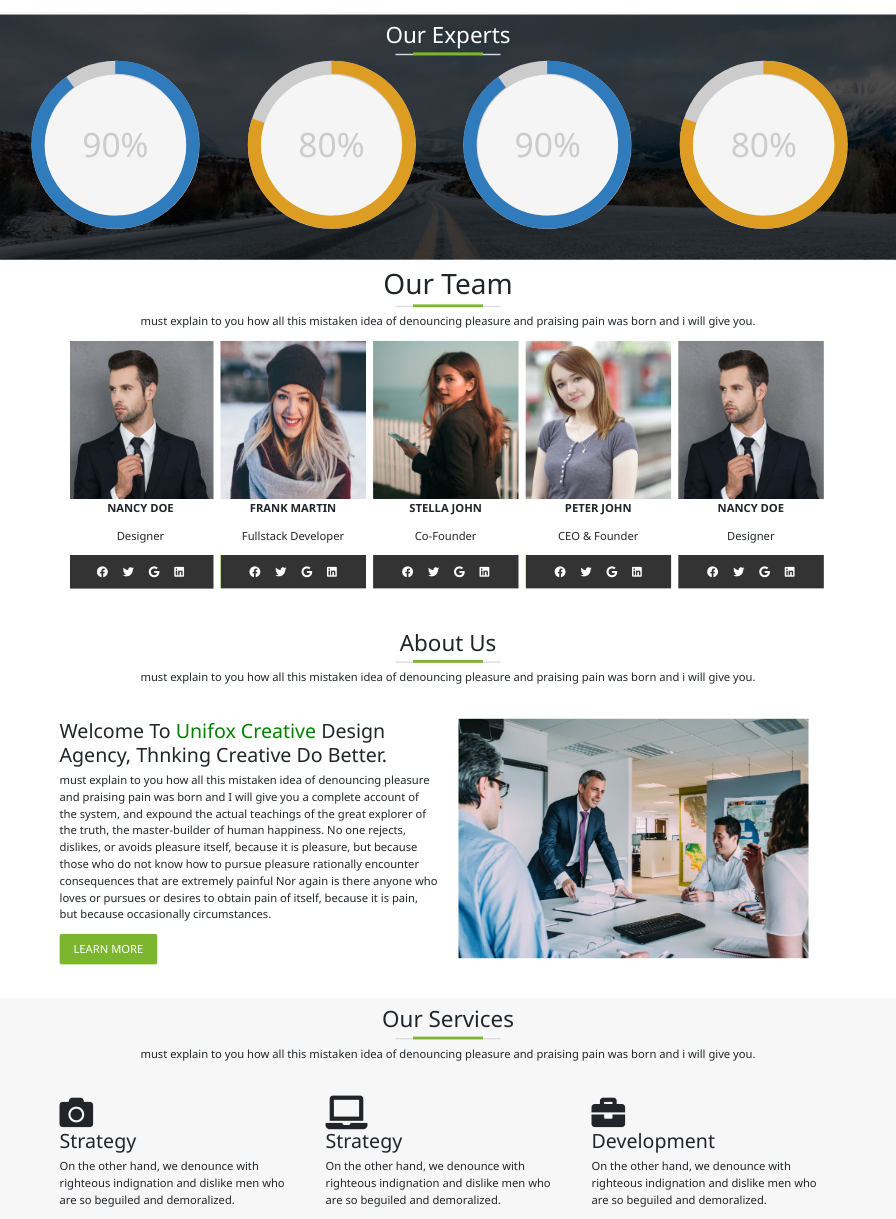
Repository: ibrkhalil/Uniforce-First-Attempt
Page: index.html
The author's editor kept a copy of each file at every save. The page is drawn from the files as they stood at one save, then again after a run of saves.
The browser window is 1280 px wide. The pictures show the part of the page from y = 1047 to 2967 px (the page is 2789 px tall before and 2967 px after), at 70% of full size.
Backgrounds fixed to the window are drawn as part of the page.

Above is the page before, as saved 2021-01-24 02:44:06.

### index.html
<!DOCTYPE html>
<html lang="en">
  <head>
    <meta charset="UTF-8" />
    <link rel="stylesheet" href="./bootstrap.min.css" />
    <link rel="stylesheet" href="owl.carousel.css" />
    <link rel="preconnect" href="https://fonts.gstatic.com" />
    <link rel="stylesheet" href="./jquery-ui.css" />
    <link
      rel="stylesheet"
      href="https://use.fontawesome.com/releases/v5.15.2/css/all.css"
      integrity="sha384-vSIIfh2YWi9wW0r9iZe7RJPrKwp6bG+s9QZMoITbCckVJqGCCRhc+ccxNcdpHuYu"
      crossorigin="anonymous"
    />
    <link rel="stylesheet" href="./circle.css" />
    <link
      href="https://fonts.googleapis.com/css2?family=Open+Sans&display=swap"
      rel="stylesheet"
    />
    <link rel="stylesheet" href="style.css" />
    <meta name="viewport" content="width=device-width, initial-scale=1.0" />
    <title>Unifox</title>
  </head>

  <body>
    <div class="main-nav">
      <nav
        class="navbar navbar-expand-lg justify-content-around sticky-top navbar-fixed-top"
      >
        <!-- <div class="container"> -->
        <a class="navbar-brand" href="#"><h3 class="unifox">UNIFOX</h3></a>
        <button
          class="navbar-toggler"
          type="button"
          data-toggle="collapse"
          data-target="#navbarSupportedContent"
          aria-controls="navbarSupportedContent"
          aria-expanded="false"
          aria-label="Toggle navigation"
        >
          <span class="fa fa-bars fa-3x"></span>
        </button>
        <div class="">
          <div class="nav-items">
            <div class="collapse navbar-collapse" id="navbarSupportedContent">
              <ul class="navbar-nav mr-auto">
                <li class="item">
                  <a class="nav-link active" href="#">HOME</a>
                </li>
                <li class="nav-item"><a class="nav-link" href="#">ABOUT</a></li>
                <li class="nav-item">
                  <a class="nav-link" href="#">SERVICES</a>
                </li>
                <li class="nav-item">
                  <a class="nav-link" href="#">POROFOLIO</a>
                </li>
                <li class="nav-link"><a href="#">PRICES</a></li>
                <li class="nav-link"><a href="#">TEAM</a></li>
                <li class="nav-link"><a href="#">TESTIMONIALS</a></li>
                <li class="nav-link"><a href="#">BLOG</a></li>
                <li class="nav-link"><a href="#">CONTACT</a></li>
              </ul>
            </div>
          </div>
        </div>

        <!-- </div> -->
      </nav>

      <!-- nav end -->

      <div class="jumbotron">
        <h1 class="display-4 jumbo-main-text">
          <strong>Unifox Creative & Unique.</strong>
        </h1>
        <p class="lead jumbo-subtext">
          Unifox Denounce With Righteous Indignation And Dislike Men Who Are So
          Beguiled And Demoralized By The Charms Of Pleasure Of The Moment.
        </p>

        <div class="jumbo-btns">
          <p class="lead">
            <a class="btn jumbo-btn btn-primary btn-lg" href="#" role="button"
              >Download Now</a
            >
          </p>
          <p class="lead">
            <a class="btn jumbo-btn btn-primary btn-lg" href="#" role="button"
              >Discover More</a
            >
          </p>
        </div>
      </div>
      <!-- jumbotron end -->
      <!-- heading end -->
    </div>
    <div class="counting-number parallax">
      <div class="container-fluid">
        <div class="row">
          <div class="col-md-3">
            <i class="fa counting-icon fa-cloud fa-5x"></i>
            <h1 class="counter" data-count="500">0</h1>
            <h4>Project Complete</h4>
          </div>
          <div class="col-md-3">
            <i class="fa counting-icon fa-user fa-5x"></i>
            <h1 class="counter" data-count="1500">0</h1>
            <h4>Satisfied Customer</h4>
          </div>
          <div class="col-md-3">
            <i class="fa counting-icon fa-folder-open fa-5x"></i>
            <h1 class="counter" data-count="1500">0</h1>
            <h4>Working Hours</h4>
          </div>
          <div class="col-md-3">
            <i class="fa counting-icon fa-plug fa-5x"></i>
            <h1 class="counter" data-count="3200">0</h1>
            <h4>Lines of Code</h4>
          </div>
        </div>
      </div>
    </div>

    <br />
    <br />

    <!-- Counting number div -->
    <div class="our-experts-main">
      <h2 class="our-experts-word line">Our Experts</h2>

      <div class="our-experts">
        <div class="clearfix circular-icons">
          <div class="c100 p90 big blue">
            <span>90%</span>
            <div class="slice">
              <div class="bar"></div>
              <div class="fill"></div>
            </div>
          </div>
          <div class="c100 p80 big orange">
            <span>80%</span>
            <div class="slice">
              <div class="bar"></div>
              <div class="fill"></div>
            </div>
          </div>
          <div class="c100 p90 big blue">
            <span>90%</span>
            <div class="slice">
              <div class="bar"></div>
              <div class="fill"></div>
            </div>
          </div>

          <div class="c100 p80 big orange">
            <span>80%</span>
            <div class="slice">
              <div class="bar"></div>
              <div class="fill"></div>
            </div>
          </div>
        </div>
        <!-- /green -->

        <!-- orange -->
        <div class="clearfix"></div>
      </div>
    </div>

    <!-- experts end -->

    <div class="our-team">
      <div class="container">
        <div class="our-team-text">
          <h1 class="line">Our Team</h1>

          <p>
            must explain to you how all this mistaken idea of denouncing
            pleasure and praising pain was born and i will give you.
          </p>
        </div>
        <div class="top-content">
          <div class="container-fluid">
            <div class="owl-carousel owl-theme">
              <div class="item">
                <img
                  src="./images/1 (1).jpg"
                  class="img-fluid mx-auto d-block"
                  alt="img1"
                />
                <strong class="team-member-name">
                  <p>STELLA JOHN</p>
                </strong>
                <p>Co-Founder</p>
                <div class="social-media-icons" data-content="Link Hover">
                  <div
                    class="container d-flex justify-content-around align-items-center"
                  >
                    <i class="fab fa-facebook"></i>
                    <i class="fab fa-twitter"></i>
                    <i class="fab fa-google"></i>
                    <i class="fab fa-linkedin"></i>
                  </div>
                </div>
              </div>

              <div class="item">
                <img
                  src="./images/2 (1).jpg"
                  class="img-fluid mx-auto d-block"
                  alt="img2"
                />
                <strong class="team-member-name">
                  <p>PETER JOHN</p>
                </strong>
                <p>CEO & Founder</p>
                <div class="social-media-icons">
                  <div
                    class="container d-flex justify-content-around align-items-center"
                  >
                    <i class="fab fa-facebook"></i>
                    <i class="fab fa-twitter"></i>
                    <i class="fab fa-google"></i>
                    <i class="fab fa-linkedin"></i>
                  </div>
                </div>
              </div>

              <div class="item">
                <img
                  src="./images/3 (1).jpg"
                  class="img-fluid mx-auto d-block"
                  alt="img3"
                />
                <strong class="team-member-name">
                  <p>NANCY DOE</p>
                </strong>
                <p>Designer</p>
                <div class="social-media-icons">
                  <div
                    class="container d-flex justify-content-around align-items-center"
                  >
                    <i class="fab fa-facebook"></i>
                    <i class="fab fa-twitter"></i>
                    <i class="fab fa-google"></i>
                    <i class="fab fa-linkedin"></i>
                  </div>
                </div>
              </div>

              <div class="item">
                <img
                  src="./images/4.jpg"
                  class="img-fluid mx-auto d-block"
                  alt="img4"
                />
                <strong class="team-member-name">
                  <p>FRANK MARTIN</p>
                </strong>
                <p>Fullstack Developer</p>
                <div class="social-media-icons">
                  <div
                    class="container d-flex justify-content-around align-items-center"
                  >
                    <i class="fab fa-facebook"></i>
                    <i class="fab fa-twitter"></i>
                    <i class="fab fa-google"></i>
                    <i class="fab fa-linkedin"></i>
                  </div>
                </div>
              </div>
            </div>
          </div>
        </div>
      </div>
    </div>
        <section class="about-section my-5 green-bottom-border">
            <div class="container">
                <h2 class="line">About Us</h2>
                <p class="mb-5 aligny-center">must explain to you how all this mistaken idea of denouncing pleasure and praising pain was born and i will give you.</p>
                <div class="row">
                    <div class="col-md-6"><h3>Welcome To <span class="green-color">Unifox Creative</span> Design Agency, Thnking Creative Do Better.</h3><p>must explain to you how all this mistaken idea of denouncing pleasure and praising pain was born and I will give you a complete account of the system, and expound the actual teachings of the great explorer of the truth, the master-builder of human happiness. No one rejects, dislikes, or avoids pleasure itself, because it is pleasure, but because those who do not know how to pursue pleasure rationally encounter consequences that are extremely painful Nor again is there anyone who loves or pursues or desires to obtain pain of itself, because it is pain, but because occasionally circumstances.</p>
                    <a href="#" class="btn social-media-icons-invert">LEARN MORE</a>
                    </div>
                    <div class="col-md-6">
                        <img src="./about-bg.jpg" src="about" width="500px">
                    </div>
                </div>
            </div>
            </section>

            <section class="our-services">
                    <div class="container">

                        <h2 class="our-services-word line">
                            Our Services
                        </h2>
                        <p class="aligny-center mb-5">must explain to you how all this mistaken idea of denouncing pleasure and praising pain was born and i will give you.</p>
                        <div class="row">
                            <div class="col-md-4">
                                <i class="green-filled-border fa fa-camera fa-3x"></i>
                                <h3>Strategy</h3>
                                <p>On the other hand, we denounce with righteous indignation and dislike men who are so beguiled and demoralized.</p>
                            </div>
                            <div class="col-md-4">
                                <i class="green-filled-border fa fa-laptop fa-3x"></i>
                                <h3>Strategy</h3>
                                <p>On the other hand, we denounce with righteous indignation and dislike men who are so beguiled and demoralized.</p>
                            </div>
                            <div class="col-md-4">
                                <i class="green-filled-border fa fa-briefcase fa-3x"></i>
                                <h3>Development</h3>
                                <p>On the other hand, we denounce with righteous indignation and dislike men who are so beguiled and demoralized.</p>
                            </div>
                        </div>

                    </div>
            </section>



    <script src="./jquery.js"></script>
    <script src="./jquery-ui.js"></script>
    <script src="./owl.carousel.js"></script>
    <script src="./owl.autoplay.js"></script>
    <script src="./bootstrap.js"></script>
    <script src="./script.js"></script>
  </body>
</html>

### style.css
*{
    margin: 0;
    padding: 0;
}
body{
    font-family: 'Segoe UI', Tahoma, Geneva, Verdana, sans-serif;
}
.nav-items{
    display: flex;
    width: 100%;
    justify-content: space-between;
}

.main-nav h3{
    font-family: 'Open Sans', sans-serif;
    font-weight: bold;
    font-size: x-large;
}
.main-nav{
    transition: all 200ms;
    font-size: small;
    background: linear-gradient(to right, #96c93d, #00b09b);
    height: 100vh;
}
.main-nav a{
    text-decoration: none;
    color: white;
    border: none;
}
 .main-nav li, .main-nav h3 {
    margin-top: 1rem;
}
.circular-icons{
    display: flex;
    justify-content: space-between;
}
.jumbotron{
    text-align: center;
    margin-top: 5rem;
    color: white;
    background-color: transparent;
}
.jumbo-btn{
    background-color: #7CB62F;
}

.navbar-fixed-top a:hover{
    color: #3e3e3e;
}
.navbar-fixed-top.scrolled {
    width: 100vw;
    background-color: #fff !important;
    /* padding: 0.5rem 0; */
    /* transition: all 200ms ease; */

  }
/* .navbar-fixed-top.scrolled  a{
    color: black;

  } */
  .navbar-fixed-top.scrolled  a:hover{
    color: gray;

  }
.jumbo-btns{
    display: flex;
    justify-content: center;
}
.jumbo-subtext{

    margin: 2rem auto;
    width: 50%;
}
.jumbo-main-text{
font-weight: 400;
}
.jumbo-btns p{
   margin-right: 0.5rem;
}
.lead-btns a{
    display: flex;
    border: none;
}
.parallax {
    background-image: url("./fun_facts_bg.jpg");
    height: 300px;
    background-blend-mode: overlay;
    background-attachment: fixed;
    background-position: center;
    background-repeat: no-repeat;
    background-size: cover;
    background-color: rgba(0, 0, 0,0.7);
    color: white;
    text-align: center;
    display: flex;
    align-items: center;
  }
  .parallax img {
      height: 300px;
      object-fit: cover;
  }
  .counting-icon{
      padding: 2rem;
      background-color: #96c93d ;
      border-radius: 50%;
  }
.jumbo-btn:hover{
    transition: 1s;
    background-color: black;
}
.line{
    position: relative;
    text-align: center;
    padding: 10px 0;
}
.line::after , .line::before{
    content: "";
    width: 100px;
    height: 4px;
    position: absolute;
    background-color: #7CB62F;
    left: 50%;
    transform: translate(-50%,0);
    bottom: 0;
}
.line::before{
    height: 2px;
    background-color: #ddd;
    width: 150px;
}


.clearfix:before,.clearfix:after {content: " "; display: table;}
.clearfix:after {clear: both;}
.clearfix {*zoom: 1;}


.our-experts-main{
    background-image: url("./skill-bg.jpg");
    height: 350px;
    background-blend-mode: overlay;
    background-attachment: fixed;
    background-position: center;
    background-repeat: no-repeat;
    background-size: cover;
    background-color: rgba(0, 0, 0,0.7);
    color: white;
}
.our-experts-main:first-child{
    display: flex;
    justify-content: center;
}
.our-experts h2{
    display: block !important;
}
.our-team{
    text-align: center;
}
@media (min-width: 768px) and (max-width: 991px) {
    /* Show 4th slide on md if col-md-4*/
    .carousel-inner .active.col-md-4.carousel-item + .carousel-item + .carousel-item + .carousel-item {
        position: absolute;
        top: 0;
        right: -33.3333%;  /*change this with javascript in the future*/
        z-index: -1;
        display: block;
        visibility: visible;
    }
}
@media (min-width: 576px) and (max-width: 768px) {
    /* Show 3rd slide on sm if col-sm-6*/
    .carousel-inner .active.col-sm-6.carousel-item + .carousel-item + .carousel-item {
        position: absolute;
        top: 0;
        right: -50%;  /*change this with javascript in the future*/
        z-index: -1;
        display: block;
        visibility: visible;
    }
}
@media (min-width: 576px) {
    .carousel-item {
        margin-right: 0;
    }
    /* show 2 items */
    .carousel-inner .active + .carousel-item {
        display: block;
    }
    .carousel-inner .carousel-item.active:not(.carousel-item-right):not(.carousel-item-left),
    .carousel-inner .carousel-item.active:not(.carousel-item-right):not(.carousel-item-left) + .carousel-item {
        transition: none;
    }
    .carousel-inner .carousel-item-next {
        position: relative;
        transform: translate3d(0, 0, 0);
    }
    /* left or forward direction */
    .active.carousel-item-left + .carousel-item-next.carousel-item-left,
    .carousel-item-next.carousel-item-left + .carousel-item,
    .carousel-item-next.carousel-item-left + .carousel-item + .carousel-item {
        position: relative;
        transform: translate3d(-100%, 0, 0);
        visibility: visible;
    }
    /* farthest right hidden item must be also positioned for animations */
    .carousel-inner .carousel-item-prev.carousel-item-right {
        position: absolute;
        top: 0;
        left: 0;
        z-index: -1;
        display: block;
        visibility: visible;
    }
    /* right or prev direction */
    .active.carousel-item-right + .carousel-item-prev.carousel-item-right,
    .carousel-item-prev.carousel-item-right + .carousel-item,
    .carousel-item-prev.carousel-item-right + .carousel-item + .carousel-item {
        position: relative;
        transform: translate3d(100%, 0, 0);
        visibility: visible;
        display: block;
        visibility: visible;
    }
}
/* MD */
@media (min-width: 768px) {
    /* show 3rd of 3 item slide */
    .carousel-inner .active + .carousel-item + .carousel-item {
        display: block;
    }
    .carousel-inner .carousel-item.active:not(.carousel-item-right):not(.carousel-item-left) + .carousel-item + .carousel-item {
        transition: none;
    }
    .carousel-inner .carousel-item-next {
        position: relative;
        transform: translate3d(0, 0, 0);
    }
    /* left or forward direction */
    .carousel-item-next.carousel-item-left + .carousel-item + .carousel-item + .carousel-item {
        position: relative;
        transform: translate3d(-100%, 0, 0);
        visibility: visible;
    }
    /* right or prev direction */
    .carousel-item-prev.carousel-item-right + .carousel-item + .carousel-item + .carousel-item {
        position: relative;
        transform: translate3d(100%, 0, 0);
        visibility: visible;
        display: block;
        visibility: visible;
    }
}
/* LG */
@media (min-width: 991px) {
    /* show 4th item */
    .carousel-inner .active + .carousel-item + .carousel-item + .carousel-item {
        display: block;
    }
    .carousel-inner .carousel-item.active:not(.carousel-item-right):not(.carousel-item-left) + .carousel-item + .carousel-item + .carousel-item {
        transition: none;
    }
    /* Show 5th slide on lg if col-lg-3 */
    .carousel-inner .active.col-lg-3.carousel-item + .carousel-item + .carousel-item + .carousel-item + .carousel-item {
        position: absolute;
        top: 0;
        right: -25%;  /*change this with javascript in the future*/
        z-index: -1;
        display: block;
        visibility: visible;
    }
    /* left or forward direction */
    .carousel-item-next.carousel-item-left + .carousel-item + .carousel-item + .carousel-item + .carousel-item {
        position: relative;
        transform: translate3d(-100%, 0, 0);
        visibility: visible;
    }
    /* right or prev direction //t - previous slide direction last item animation fix */
    .carousel-item-prev.carousel-item-right + .carousel-item + .carousel-item + .carousel-item + .carousel-item {
        position: relative;
        transform: translate3d(100%, 0, 0);
        visibility: visible;
        display: block;
        visibility: visible;
    }
}
.social-media-icons{
    color: white;
    padding: 1rem;
    /* background: red; */
    background: linear-gradient(to left, #333 50%, #7CB62F 50%) right;
    background-size: 200%;
    transition: 1s ease;
}
.social-media-icons:hover{
    background-position:left;
}
.social-media-icons i{
    cursor: pointer;
}
.social-media-icons-invert{
    color: white;
    padding: 1rem;
    background: linear-gradient(to left, #7CB62F 50%, #333 50%) right;
    background-size: 200%;
    transition: 1s ease;
}
.social-media-icons-invert:hover{
    background-position:left;
}

.aligny-center{
    text-align: center;
}
.green-color{
    color: green;
}
.about-section a{
    padding: 10px 20px;
    border: none;
    background-color: #7CB62F;
    color: white;
}
.our-services{
    background-color: #F7F7F7;
}


.social-media-icons .fab:hover{
    transition: 1s;
    color: gold;
}
.carousel-item:nth-child(2){
    margin-bottom: 1rem;
}

@media screen and (max-width: 768px){
    /* .navbar-nav{ */
        .navbody{
        display: none;
        justify-content: center;
        width: 100vw;
        /* float: right; */
    }
}

Loaded but not shown: bootstrap.min.css (library); owl.carousel.css (library); jquery-ui.css (library); jquery.js (library); jquery-ui.js (library); owl.carousel.js (library); owl.autoplay.js (library); bootstrap.js (library); script.js (88 lines, source omitted); circle.css (879 lines, source omitted)

After the next 2 saves:
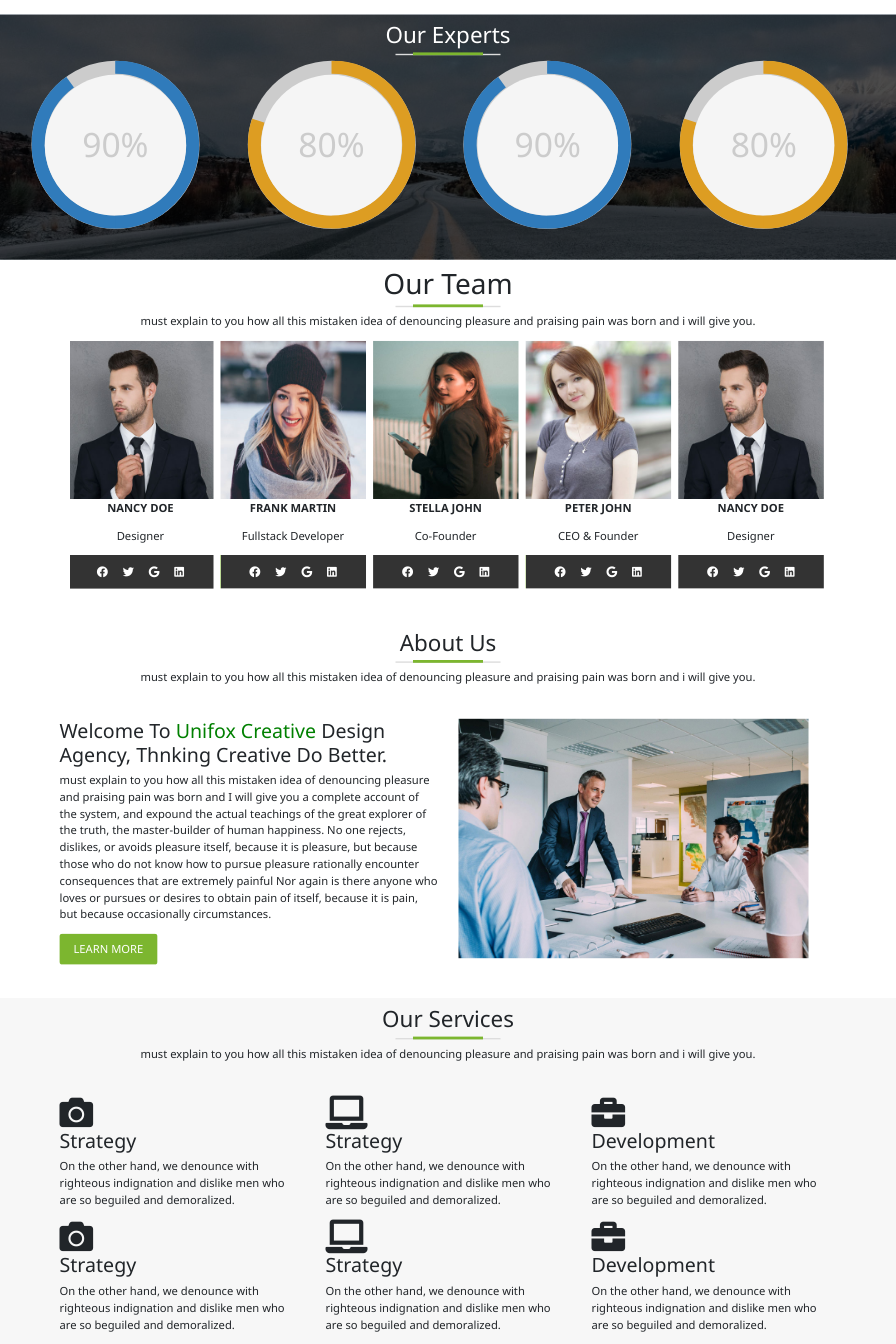
The 2 saves are shown as one change because they came seconds apart.
The last was saved 9 s later.
--- a/index.html
+++ b/index.html
@@ -313,6 +313,24 @@
                                 <p>On the other hand, we denounce with righteous indignation and dislike men who are so beguiled and demoralized.</p>
                             </div>
                         </div>
+                        <div class="row">
+                            <div class="col-md-4">
+                                <i class="green-filled-border fa fa-camera fa-3x"></i>
+                                <h3>Strategy</h3>
+                                <p>On the other hand, we denounce with righteous indignation and dislike men who are so beguiled and demoralized.</p>
+                            </div>
+                            <div class="col-md-4">
+                                <i class="green-filled-border fa fa-laptop fa-3x"></i>
+                                <h3>Strategy</h3>
+                                <p>On the other hand, we denounce with righteous indignation and dislike men who are so beguiled and demoralized.</p>
+                            </div>
+                            <div class="col-md-4">
+                                <i class="green-filled-border fa fa-briefcase fa-3x"></i>
+                                <h3>Development</h3>
+                                <p>On the other hand, we denounce with righteous indignation and dislike men who are so beguiled and demoralized.</p>
+                            </div>
+                        </div>
+
 
                     </div>
             </section>
